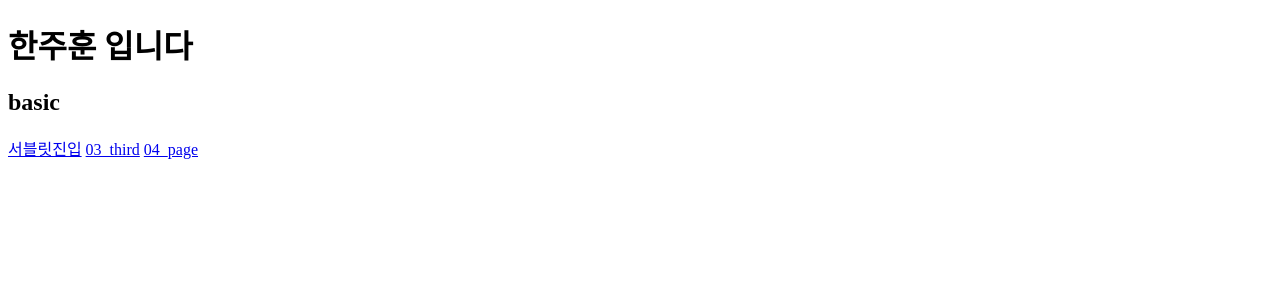
Repository: hjh5217/newJSP
Page: http://localhost/jspProj/
An editor plug-in stored every save of this project. The page is shown before and after the next save, followed by the edit.
The browser window is 1280 px wide. The pictures show the whole page.
The page is served by Tomcat 9. Nobody is signed in. The application's start-up code is not run. Other server files are loaded and not shown.

Above is the page before, as saved 2023-07-25 08:41:56.

### jspProj/src/main/webapp/index.jsp
<%@ page language="java" contentType="text/html; charset=UTF-8"
    pageEncoding="UTF-8"%>
<!DOCTYPE html>
<html>
<head>
<meta charset="UTF-8">
<title>jspProj 입니다</title>
</head>
<body>
	<h1>한주훈 입니다</h1>
	<h2>basic</h2>
	<a href="basic/First">서블릿진입</a>
	<a href="basic/03_third.jsp">03_third</a>
	<a href="basic/04_page.jsp">04_page</a>
</body>
</html>

After the next save:
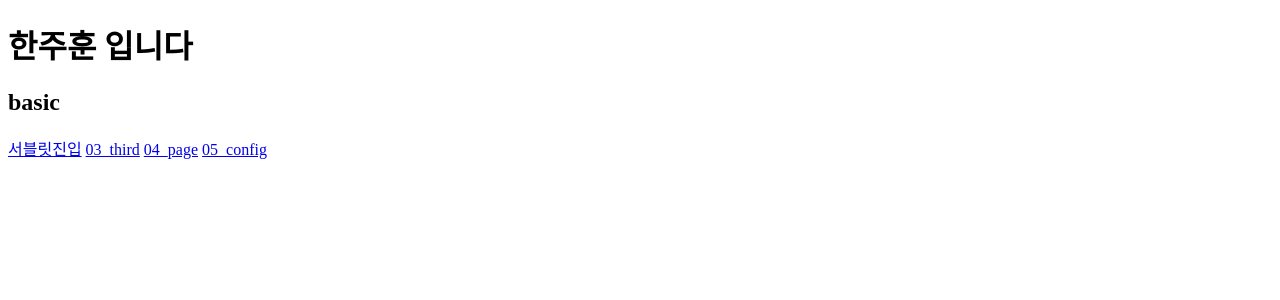
Saved 22 s later.
--- a/jspProj/src/main/webapp/index.jsp
+++ b/jspProj/src/main/webapp/index.jsp
@@ -12,5 +12,6 @@
 	<a href="basic/First">서블릿진입</a>
 	<a href="basic/03_third.jsp">03_third</a>
 	<a href="basic/04_page.jsp">04_page</a>
+	<a href="basic/05_config.jsp">05_config</a>
 </body>
 </html>
